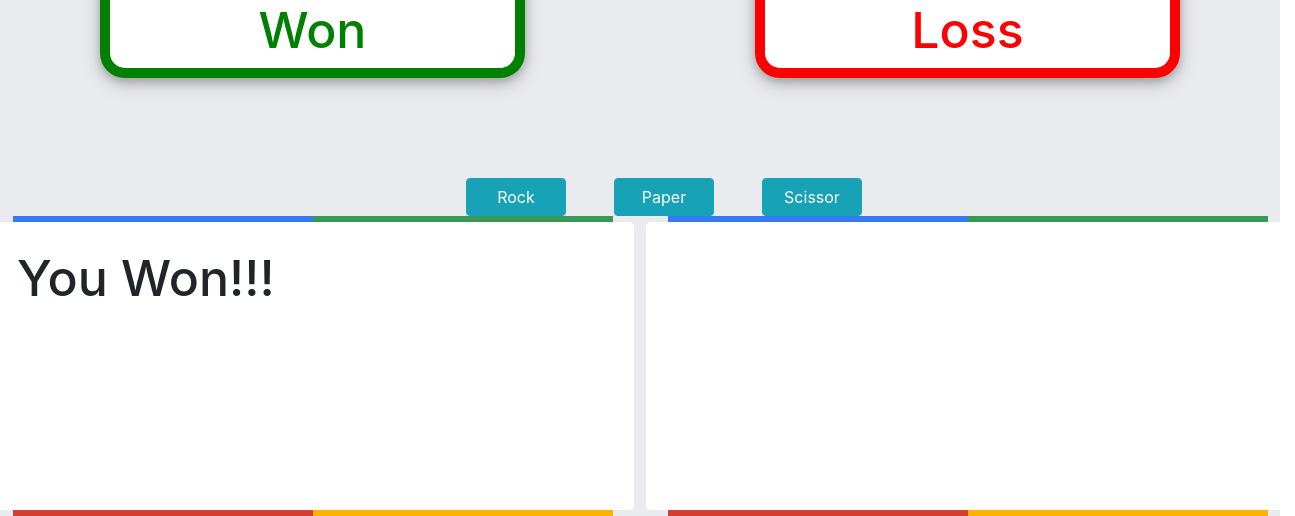
Repository: tts2610/React-Intro
Page: /
The author's editor kept a copy of each file at every save. The page is drawn from the files as they stood at one save, then again after the next save.
The browser window is 1280 px wide. The page is 1295 px wide, so the pictures cover 1295 px, including what lies to the right of the window. The pictures show the part of the page from y = 428 to 944 px (the page is 944 px tall).
Some web libraries are served in a nearby version. The project was rebuilt for these pictures with package versions that can differ from the ones it lists, and the page was loaded fresh each time. Also part of the build but not shown: src/components/History.js.

Above is the page before, as saved 2020-05-26 23:08:02.

### public/index.html
<!DOCTYPE html>
<html lang="en">

<head>
    <meta charset="utf-8" />
    <link rel="icon" href="%PUBLIC_URL%/favicon.ico" />
    <meta name="viewport" content="width=device-width, initial-scale=1" />
    <meta name="theme-color" content="#000000" />
    <meta name="description" content="Web site created using create-react-app" />
    <link rel="apple-touch-icon" href="%PUBLIC_URL%/logo192.png" />
    <!--
      manifest.json provides metadata used when your web app is installed on a
      user's mobile device or desktop. See https://developers.google.com/web/fundamentals/web-app-manifest/
    -->
    <link rel="manifest" href="%PUBLIC_URL%/manifest.json" />
    <!--
      Notice the use of %PUBLIC_URL% in the tags above.
      It will be replaced with the URL of the `public` folder during the build.
      Only files inside the `public` folder can be referenced from the HTML.

      Unlike "/favicon.ico" or "favicon.ico", "%PUBLIC_URL%/favicon.ico" will
      work correctly both with client-side routing and a non-root public URL.
      Learn how to configure a non-root public URL by running `npm run build`.
    -->
    <title>React App</title>
    <link rel="stylesheet" href="https://maxcdn.bootstrapcdn.com/bootstrap/4.0.0/css/bootstrap.min.css" integrity="sha384-Gn5384xqQ1aoWXA+058RXPxPg6fy4IWvTNh0E263XmFcJlSAwiGgFAW/dAiS6JXm" crossorigin="anonymous">
</head>

<body>
    <noscript>You need to enable JavaScript to run this app.</noscript>
    <div id="root"></div>
    <!--
      This HTML file is a template.
      If you open it directly in the browser, you will see an empty page.

      You can add webfonts, meta tags, or analytics to this file.
      The build step will place the bundled scripts into the <body> tag.

      To begin the development, run `npm start` or `yarn start`.
      To create a production bundle, use `npm run build` or `yarn build`.
    -->
    <script src="https://code.jquery.com/jquery-3.2.1.slim.min.js" integrity="sha384-KJ3o2DKtIkvYIK3UENzmM7KCkRr/rE9/Qpg6aAZGJwFDMVNA/GpGFF93hXpG5KkN" crossorigin="anonymous"></script>
    <script src="https://cdnjs.cloudflare.com/ajax/libs/popper.js/1.12.9/umd/popper.min.js" integrity="sha384-ApNbgh9B+Y1QKtv3Rn7W3mgPxhU9K/ScQsAP7hUibX39j7fakFPskvXusvfa0b4Q" crossorigin="anonymous"></script>
    <script src="https://maxcdn.bootstrapcdn.com/bootstrap/4.0.0/js/bootstrap.min.js" integrity="sha384-JZR6Spejh4U02d8jOt6vLEHfe/JQGiRRSQQxSfFWpi1MquVdAyjUar5+76PVCmYl" crossorigin="anonymous"></script>
</body>

</html>

### src/App.js
import React , {Component } from 'react';
import './App.css';
import ChoiceCard from './components/ChoiceCard';
import Button from './components/Button';
import Result from './components/Result';
import History from './components/History';


const choices = {
  rock:
    "https://opengameart.org/sites/default/files/forum-attachments/very%20simple%20rock_0.png",
  paper: "http://pngimagesfree.com/Paper/Thumb/blank-note-paper-free-clipa.png",
  scissor: "http://www.pngmart.com/files/1/Scissors-PNG-Pic.png"
};

export default class App extends Component{
    // const [choiceDic,setChoice] = useState({me:{winner:1,imgURL:choices.rock},computer:{winner:0,imgURL:choices.scissor}})
  constructor(props){
    super(props);
    this.state = {
      me:{winner:1,imgURL:"http://www.pngmart.com/files/1/Scissors-PNG-Pic.png"},
      computer:{winner:0,imgURL:"http://pngimagesfree.com/Paper/Thumb/blank-note-paper-free-clipa.png"},
    }
  }

  randomProperty = function (obj) {
    let keys = Object.keys(obj);
    let randomNum = keys.length * Math.random() << 0;
    return [obj[keys[randomNum]],keys[randomNum]];
  };

  handleClick = (myChoice)=>{
    let random = this.randomProperty(choices)
    let computerChoice = random[1];
    let myWinnerState;
    let computerWinnerState;
    if ((myChoice==='rock' && computerChoice==='scissor')||(myChoice==='paper' && computerChoice==='rock')|| (myChoice==='scissor' && computerChoice==='paper')) {
        myWinnerState = 1;
        computerWinnerState = 0;
    }else if((computerChoice==='rock' && myChoice==='scissor')||(computerChoice==='paper' && myChoice==='rock')|| (computerChoice==='scissor' && myChoice==='paper')){
        computerWinnerState = 1;
        myWinnerState = 0;
    }
    else{
        computerWinnerState = 2;
        myWinnerState = 2;
    }
    this.setState({
      me: {winner:myWinnerState,imgURL:choices[myChoice]},
      computer:{winner:computerWinnerState,imgURL:random[0]}
    },()=>{
      // if(this.state.me.winner===1&&this.state.computer.winner===0) alert("you win!!!");
      // else alert("you loose!");
    });

  }

  render(){
    return (
      <div className="App">
        <div className="row">
          <div className="col-6">
              <ChoiceCard title="You" winner={this.state.me.winner} imgURL={this.state.me.imgURL} />
          </div>
          <div className="col-6">
              <ChoiceCard title="Computer" winner={this.state.computer.winner} imgURL={this.state.computer.imgURL}/>
          </div>
        </div>

        <div className="row rowOfButtons">
        <Button type="rock" handleClick={this.handleClick}/>
        <Button type="paper" handleClick={this.handleClick}/>
        <Button type="scissor" handleClick={this.handleClick}/>
        </div>
        <div className="row">
          <div className="col-md rainbow">
          <Result result={[this.state.me.winner,this.state.computer.winner]}/>
          </div>
          <div className="col-md rainbow">

          </div>

        </div>
      </div>
    );
  }

}

### src/App.css
.App {
    min-height: 100vh;
    text-align: center;
    background-color: #e9ebee;
}

.rowOfButtons {
    display: flex;
    justify-content: center;
}

.rowOfButtons button {
    width: 100px;
}

.choice-card {
    flex: 1;
    display: flex;
    margin: 100px;
    font-size: 3em;
    padding: 0 40px;
    font-weight: 300;
    text-align: center;
    border-radius: 25px;
    flex-direction: column;
    align-items: center;
    border: 1px solid black;
    background-color: white;
    justify-content: space-around;
    box-shadow: 0 4px 8px 0 rgba(0, 0, 0, 0.2), 0 6px 20px 0 rgba(0, 0, 0, 0.19);
}

img {
    width: 250px;
    height: 250px;
}

h1 {
    font-size: 50px;
}

.winner {
    color: green;
    border: 10px solid green;
}

.loser {
    color: red;
    border: 10px solid red;
}

.tie {
    border: 10px solid black;
}

.result {
    width: max-content;
    display: flex;
    justify-content: center;
}

@-webkit-keyframes rotate {
    100% {
        -webkit-transform: rotate(1turn);
        transform: rotate(1turn);
    }
}

@keyframes rotate {
    100% {
        -webkit-transform: rotate(1turn);
        transform: rotate(1turn);
    }
}

.rainbow {
    position: relative;
    z-index: 0;
    width: 400px;
    height: 300px;
    border-radius: 10px;
    overflow: hidden;
    padding: 2rem;
    padding-bottom: 50px;
}

.rainbow::before {
    content: '';
    position: absolute;
    z-index: -2;
    left: -50%;
    top: -50%;
    width: 200%;
    height: 200%;
    background-color: #399953;
    background-repeat: no-repeat;
    background-size: 50% 50%, 50% 50%;
    background-position: 0 0, 100% 0, 100% 100%, 0 100%;
    background-image: -webkit-gradient(linear, left top, left bottom, from(#399953), to(#399953)), -webkit-gradient(linear, left top, left bottom, from(#fbb300), to(#fbb300)), -webkit-gradient(linear, left top, left bottom, from(#d53e33), to(#d53e33)), -webkit-gradient(linear, left top, left bottom, from(#377af5), to(#377af5));
    background-image: linear-gradient(#399953, #399953), linear-gradient(#fbb300, #fbb300), linear-gradient(#d53e33, #d53e33), linear-gradient(#377af5, #377af5);
    -webkit-animation: rotate 4s linear infinite;
    animation: rotate 4s linear infinite;
}

.rainbow::after {
    content: '';
    position: absolute;
    z-index: -1;
    left: 6px;
    top: 6px;
    width: calc(100% - 12px);
    height: calc(100% - 12px);
    background: white;
    border-radius: 5px;
}

.resultInner {
    display: flex;
    align-items: center;
}

### src/components/ChoiceCard.js
import React from 'react'

export default function ChoiceCard({title,winner,imgURL}) {

        if(winner===2){
            return (
                <div className={`choice-card tie`}>
                    <h1>{title}</h1>
                    <img src={imgURL} alt={imgURL}/>
                    <h1>Tie</h1>
                </div>
                );
        }
        return (
        <div className={`choice-card ${winner ? 'winner' : 'loser'}`}>
            <h1>{title}</h1>
            <img src={imgURL} alt={imgURL}/>
            <h1>{winner ? 'Won' : 'Loss'}</h1>
        </div>
        );
}

### src/components/Button.js
import React from 'react'

export default function Button({handleClick,type}){
    return (
        <div>
            <button type="button" className="btn btn-info ml-5 text-capitalize" onClick={()=>handleClick(type)} >{type}</button>
        </div>
    );
}

### src/components/Result.js
import React from 'react'

export default function Result({result}){
    if(result[0]>result[1])
        return (<div className="resultInner">
                    <h1>You Won!!!</h1>
                </div>);
    else if(result[0]<result[1]){
        return (<div className="resultInner">
            <h1>You Lost!!!</h1>
        </div>);
    }else{
        return (<div className="resultInner">
            <h1>Tie Game!!!</h1>
        </div>);
    }
}

Loaded but not shown: src/index.js (common file); src/index.css (common file); src/serviceWorker.js (common file)

After the next save:
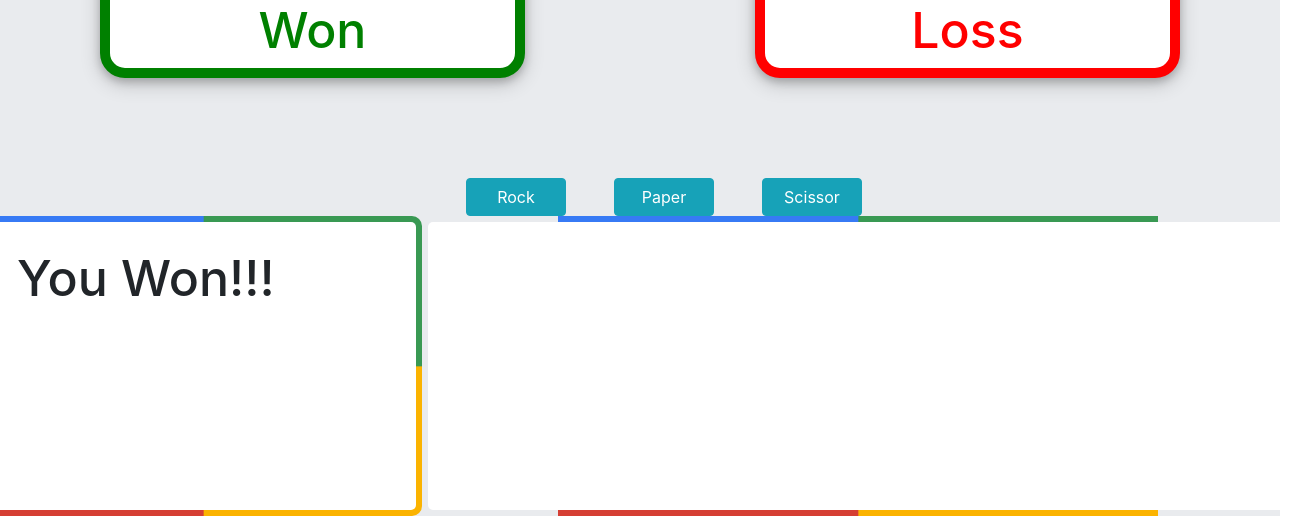
Saved 15 s later.
--- a/src/App.js
+++ b/src/App.js
@@ -73,7 +73,7 @@ export default class App extends Component{
         <Button type="scissor" handleClick={this.handleClick}/>
         </div>
         <div className="row">
-          <div className="col-md rainbow">
+          <div className="col-md-4 rainbow">
           <Result result={[this.state.me.winner,this.state.computer.winner]}/>
           </div>
           <div className="col-md rainbow">
